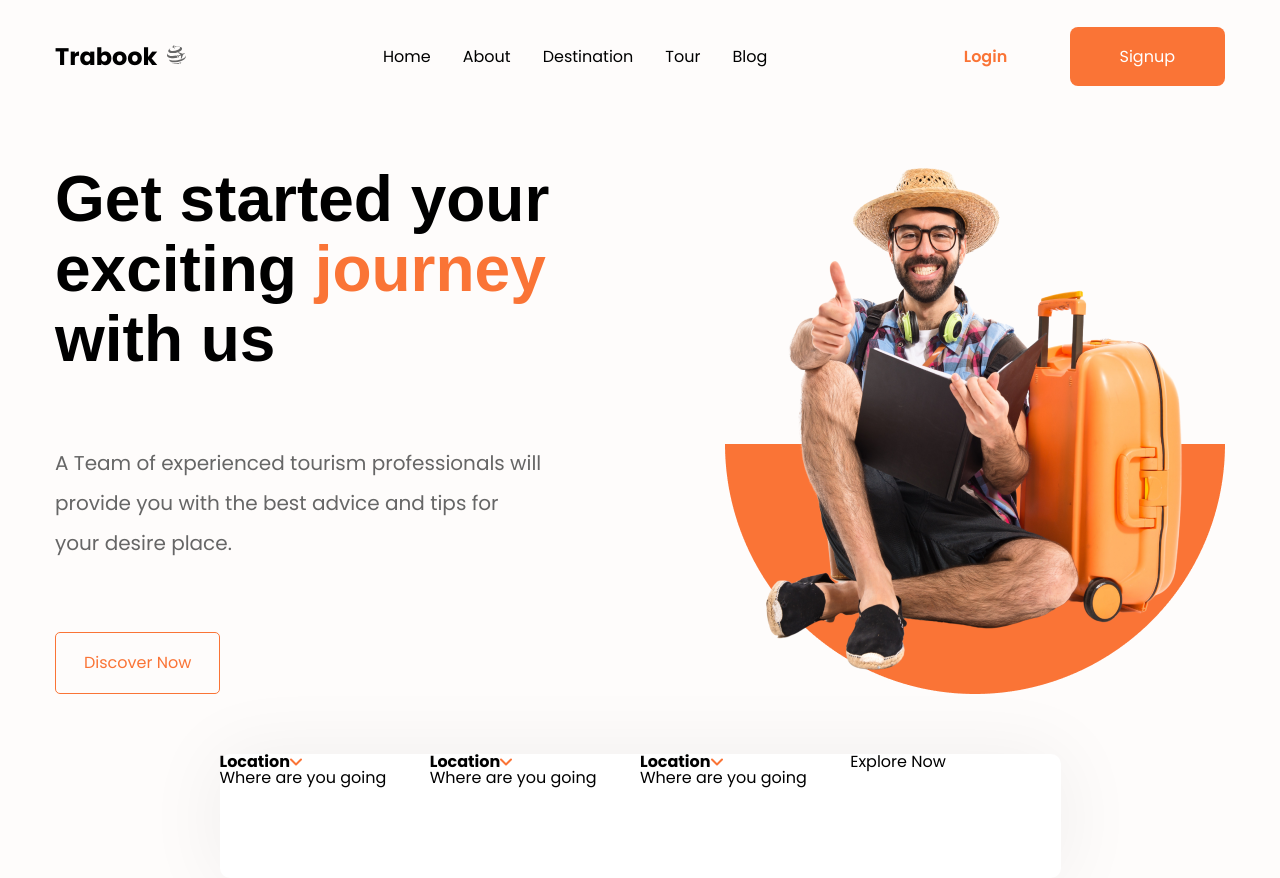
Repository: phobo99/phobo99.github.io
Page: Trabook/index.html
These files come from the project's save history. The page is drawn as it stood at one moment and after the next save; the edit follows.
The browser window is 1280 px wide. The pictures show the whole page.
Some web fonts or font styles are not loaded; a fallback is used. Some web libraries are served in a nearby version. The style sheet was rebuilt from its Sass, Less or Tailwind sources for each picture, by a compiler version that may differ from the author's.

Above is the page before, as saved 2022-06-18 22:59:00.

### Trabook/index.html
<!DOCTYPE html>
<html lang="en">

<head>
    <meta charset="UTF-8">
    <meta http-equiv="X-UA-Compatible" content="IE=edge">
    <meta name="viewport" content="width=device-width, initial-scale=1.0">
    <title>Responsive</title>
    <link
        href="https://fonts.googleapis.com/css2?family=Poppins:wght@300;400;500;600;700&family=Volkhov:wght@400;700&display=swap"
        rel="stylesheet">
    <link rel="stylesheet" href="https://cdnjs.cloudflare.com/ajax/libs/font-awesome/6.1.1/css/all.min.css"
        integrity="sha512-KfkfwYDsLkIlwQp6LFnl8zNdLGxu9YAA1QvwINks4PhcElQSvqcyVLLD9aMhXd13uQjoXtEKNosOWaZqXgel0g=="
        crossorigin="anonymous" referrerpolicy="no-referrer" />

    <link rel="stylesheet" href="reset.css">
    <link rel="stylesheet" href="style.css">
</head>

<body>
    <div class="container-fluid">
        <header class="header container">
            <div class="nav-bar">
                <div class="logo">
                    <span class="text-logo">Trabook</span>
                    <svg width="19" height="19" viewBox="0 0 19 19" fill="none" xmlns="http://www.w3.org/2000/svg">
                        <path
                            d="M1.64111 4.96058C1.79426 4.76583 1.99595 4.50221 2.15747 4.31379C2.6412 3.79446 2.70397 3.72638 3.14417 3.34242C3.27473 3.24108 3.42956 3.11917 3.58103 3.00437C2.46378 3.89896 2.32151 4.88933 3.3467 5.50129C3.34503 5.50129 3.34503 5.50129 3.34503 5.50287C4.77863 6.31987 7.92034 6.14333 10.3992 5.09675C12.8003 4.08342 13.6865 2.63388 12.5015 1.77254C11.4612 1.58808 10.221 1.56671 8.90871 1.73296L8.7723 1.52L8.88528 1.16692C9.6569 1.10121 10.39 1.11704 11.0227 1.21917C11.1759 1.24371 11.3776 1.28567 11.5282 1.31575C11.8194 1.38304 11.9776 1.42342 12.1676 1.48121C12.3617 1.53583 12.5274 1.59046 12.8162 1.69179C13.099 1.79708 13.2212 1.84458 13.448 1.95146C13.702 2.06108 13.9488 2.18506 14.187 2.32275C16.0751 3.44612 14.9009 5.49575 11.5692 6.90017C8.24673 8.29983 4.01287 8.51992 2.11563 7.41C2.11479 7.40842 2.11228 7.40683 2.10726 7.40525H2.11061C1.07453 6.78458 0.965735 5.88367 1.64111 4.96058ZM10.2854 12.8139L10.2586 11.552L9.31042 10.5545C6.17792 11.2258 3.09898 11.0817 1.38669 10.1278C1.38084 10.1215 1.36661 10.1151 1.36075 10.1088C0.391624 9.54433 0.152272 8.816 0.225082 8.02433C-0.00171646 9.18254 -0.0201282 9.60054 0.0125108 10.5917C0.0526817 11.2124 0.431795 11.7847 1.19421 12.236L1.20007 12.2423C3.02533 13.3158 6.82819 13.5486 10.2854 12.8139ZM14.2397 14.2587C9.81842 15.9362 4.28486 16.0352 1.8813 14.4827C2.14087 15.0828 2.49406 15.6427 2.92909 16.1437C5.13515 17.5687 10.2143 17.4776 14.2707 15.9378C16.645 15.0377 18.143 13.8399 18.5364 12.7173L18.6468 12.3793C18.9088 11.5227 18.9582 10.8094 19 10.1745C18.9523 11.5528 17.2358 13.1203 14.2397 14.2587ZM4.47986 17.4895C4.61878 17.6146 5.05564 18.122 7.26923 18.6825C7.86761 18.8076 9.37402 19.209 12.1567 18.6255L12.1734 18.3857L11.9533 18.0595C9.37151 18.6374 6.50347 18.4442 4.47986 17.4895ZM10.8687 7.50737L13.2196 9.19283C13.2196 9.19283 13.7225 9.53563 13.248 9.77629C12.7752 10.0146 11.5608 10.598 11.5608 10.598L10.3616 10.1745L9.75983 10.4278L10.821 11.2995L10.8294 12.6556L11.4529 12.3935L11.8663 11.248C11.8663 11.248 13.1359 10.7857 13.6397 10.6115C14.146 10.4413 14.0782 11.024 14.0782 11.024L13.8288 13.8035L14.6573 13.4552L16.0215 9.70504C16.0215 9.70504 16.7446 9.37254 17.2534 9.08042C17.7614 8.78829 17.9355 8.30379 17.9355 8.30379C17.9355 8.30379 17.44 8.10192 16.8693 8.26421C16.2985 8.42492 15.5545 8.7115 15.5545 8.7115L11.6947 7.16062L10.8687 7.50737ZM5.89505 2.17471L7.49101 3.37725L7.92703 3.3155L7.05833 2.23646C7.05833 2.23646 6.8692 2.01321 7.12361 1.96017C7.3797 1.90633 8.02746 1.78125 8.02746 1.78125L8.51453 2.14937L8.8426 2.10346L8.47101 1.54454L8.66685 0.924667L8.34966 0.968208L7.9739 1.44004C7.9739 1.44004 7.31443 1.49862 7.05499 1.51921C6.79388 1.53821 6.90602 1.273 6.90602 1.273L7.40648 0L6.96795 0.0609583L5.81303 1.65142C5.81303 1.65142 5.42806 1.71792 5.14938 1.79313C4.86985 1.86754 4.72256 2.07179 4.72256 2.07179C4.72256 2.07179 4.9276 2.22854 5.21633 2.223C5.50757 2.21746 5.89505 2.17471 5.89505 2.17471ZM13.7828 17.6265L12.7501 17.1158L12.5124 17.1942L13.1242 17.712C13.1242 17.712 13.2547 17.8172 13.1175 17.8735C12.9802 17.9289 12.6304 18.065 12.6304 18.065L12.3417 17.9431L12.1701 18.0017L12.4103 18.244L12.3868 18.5978L12.5659 18.5392L12.6998 18.2519C12.6998 18.2519 13.0631 18.1497 13.2078 18.1133C13.3518 18.0761 13.3192 18.236 13.3192 18.236L13.1827 19L13.4213 18.9216L13.8891 17.9115C13.8891 17.9115 14.0958 17.8347 14.2439 17.7642C14.3921 17.6937 14.4506 17.5639 14.4506 17.5639C14.4506 17.5639 14.3192 17.4958 14.1569 17.5299C13.9937 17.5623 13.7828 17.6265 13.7828 17.6265Z"
                            fill="#666666" />
                    </svg>
                </div>
                <div class="menu-list">
                    <ul class="menu">
                        <li>Home</li>
                        <li>About</li>
                        <li>Destination</li>
                        <li>Tour</li>
                        <li>Blog</li>
                    </ul>
                </div>
                <div class="nav-login">
                    <span class="login">Login</span>
                    <span class="sign-up button-primary">Signup</span>
                </div>
            </div>
            <div class="content">
                <div class="content-left">
                    <h1 class="header-content">Get started your exciting <span class="text-org">journey</span> with us
                    </h1>
                    <span class="desc-content">A Team of experienced tourism professionals will provide you with the
                        best advice and tips for
                        your desire place. </span>
                    <div class="content-button">
                        Discover Now
                    </div>
                </div>
                <div class="content-right">
                    <img src="./img/people-01.png" alt="" class="img-people">
                </div>
            </div>
            <div class="search-bar">
                <div class="list-search">
                    <div class="item-search">
                        <div class="title-item">
                            <p>Location</p>
                            <svg width="12" height="8" viewBox="0 0 12 8" fill="none"
                                xmlns="http://www.w3.org/2000/svg">
                                <path d="M1 1.5L6 6.5L11 1.5" stroke="#FA7436" stroke-width="2" stroke-linecap="round"
                                    stroke-linejoin="round" />
                            </svg>
                        </div>
                        <div class="desc-item">
                            Where are you going
                        </div>
                    </div>
                    <div class="item-search">
                        <div class="title-item">
                            <p>Location</p>
                            <svg width="12" height="8" viewBox="0 0 12 8" fill="none"
                                xmlns="http://www.w3.org/2000/svg">
                                <path d="M1 1.5L6 6.5L11 1.5" stroke="#FA7436" stroke-width="2" stroke-linecap="round"
                                    stroke-linejoin="round" />
                            </svg>
                        </div>
                        <div class="desc-item">
                            Where are you going
                        </div>
                    </div>
                    <div class="item-search">
                        <div class="title-item">
                            <p>Location</p>
                            <svg width="12" height="8" viewBox="0 0 12 8" fill="none"
                                xmlns="http://www.w3.org/2000/svg">
                                <path d="M1 1.5L6 6.5L11 1.5" stroke="#FA7436" stroke-width="2" stroke-linecap="round"
                                    stroke-linejoin="round" />
                            </svg>
                        </div>
                        <div class="desc-item">
                            Where are you going
                        </div>
                    </div>
                    <div class="button">
                        Explore Now
                    </div>
                </div>
            </div>
        </header>
    </div>
</body>

</html>

### Trabook/style.scss
$bg-color: #fefcfb;
$bg-second: #f7f8fc;
$primary-color: #fa7436;
$header-color: #222;
$gray-color: #666666;

@mixin size($width, $height: $width) {
  width: $width;
  height: $height;
}
@mixin flexbox(
  $align: flex-start,
  $justify: flex-start,
  $flex-direction: row,
  $wrap: nowrap
) {
  display: flex;
  align-items: $align;
  justify-content: $justify;
  flex-direction: $flex-direction;
  flex-wrap: $wrap;
}
html {
  font-size: 62.5%;
}
* {
  box-sizing: border-box;
}
body {
  font-size: 1.6rem;
  font-family: "Poppins", sans-serif;
  font-weight: normal;
  background-color: #fefcfb;
}

a {
  text-decoration: none;
}

img {
  display: block;
  max-width: 100%;
}
h1 {
  font-family: "Volkhov", sans-serif;
  font-weight: 700;
  font-size: 64px;
  line-height: 70px;
}
.container-fluid {
  .container {
    max-width: 1170px;
    margin: 0 auto;
  }
  .text-org {
    color: $primary-color;
  }
  .desc-content {
    color: $gray-color;
    line-height: 2;
    font-size: 20px;
  }
  .button-primary {
    padding: 18px 50px;
    background-color: $primary-color;
    border-radius: 8px;
    color: white;
    margin-left: 58px;
    cursor: pointer;
    &:hover {
      opacity: 0.8;
      transition: all 0.2s linear;
    }
  }
  .header {
    .nav-bar {
      display: flex;
      @include size(100%, 114px);
      align-items: center;
      justify-content: space-between;
      .logo {
        display: flex;
        cursor: pointer;
        .text-logo {
          font-size: 24px;
          font-weight: bold;
          margin-right: 10px;
        }
      }
      .menu-list {
        .menu {
          @include flexbox(stretch, space-between);
          gap: 32px;
          li {
            cursor: pointer;
          }
        }
      }
      .nav-login {
        .login {
          font-size: 16px;
          font-weight: 600;
          color: $primary-color;
          cursor: pointer;
        }
        // .sign-up {
        //   padding: 18px 50px;
        //   background-color: $primary-color;
        //   border-radius: 8px;
        //   color: white;
        //   margin-left: 58px;
        //   cursor: pointer;
        //   &:hover {
        //     opacity: 0.8;
        //     transition: all 0.2s linear;
        //   }
        // }
      }
    }
    .content {
      @include size(100%, 530px);
      @include flexbox(stretch, space-between);
      margin-top: 50px;
      .content-left {
        @include flexbox(stretch, space-between, column);
        @include size(490px, auto);
        .header-content {
          width: 521px;
        }
        .content-button {
          width: fit-content;
          padding: 22px 28px;
          border: 1px solid $primary-color;
          border-radius: 5px;
          color: $primary-color;
        }
      }
      .content-right {
      }
    }
    .search-bar {
      background-color: white;
      width: 841px;
      height: 124px;
      margin: 0 auto;
      margin-top: 6rem;
      box-shadow: 0px 2px 80px 2px rgba(0, 0, 0, 0.06);
      border-radius: 10px;
      .list-search {
        display: grid;
        grid-template-columns: repeat(4, 1fr);
        .item-search {
          display: flex;
          flex-direction: column;
          .title-item {
            width: fit-content;
            display: flex;
            justify-content: center;
            align-items: center;
            font-weight: bold;
          }
          .desc-item {
          }
        }
      }
    }
  }
}
@media screen and (min-width: 768px) {
}
@media screen and (max-width: 767px) {
}

Loaded but not shown: Trabook/reset.css (common file)

After the next save:
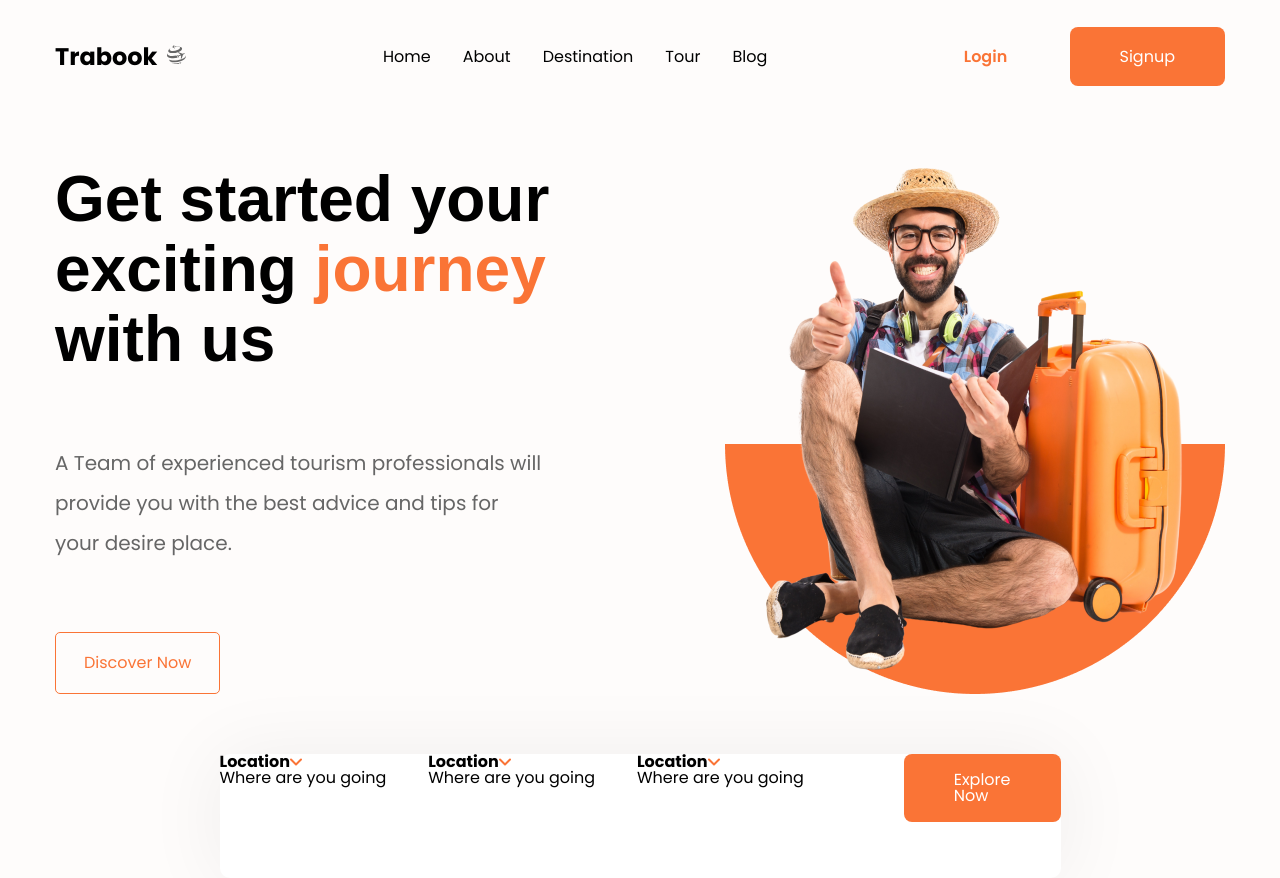
Saved 20 s later.
--- a/Trabook/index.html
+++ b/Trabook/index.html
@@ -99,7 +99,7 @@
                             Where are you going
                         </div>
                     </div>
-                    <div class="button">
+                    <div class="button-primary">
                         Explore Now
                     </div>
                 </div>
